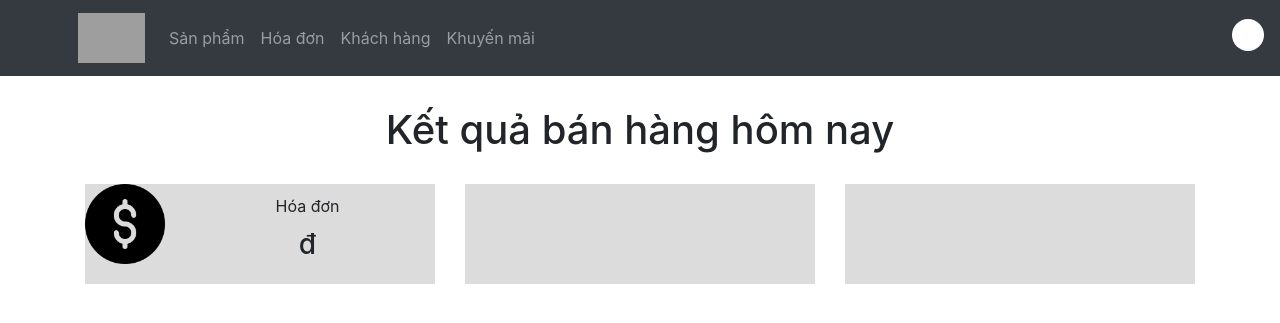
Repository: nksinh51018/THCS2
Page: http://localhost/WebBanGiay2/WEB-INF/views/AdminView.jsp
The author's editor kept a copy of each file at every save. The page is drawn from the files as they stood at one save, then again after the next save.
The browser window is 1280 px wide. The pictures show the whole page.
The page is served by Tomcat 9. Nobody is signed in. The template is opened directly, without the code that normally fills it, so the values that code supplies are empty.

Above is the page before, as saved 2020-06-04 18:31:02.

After the next save:
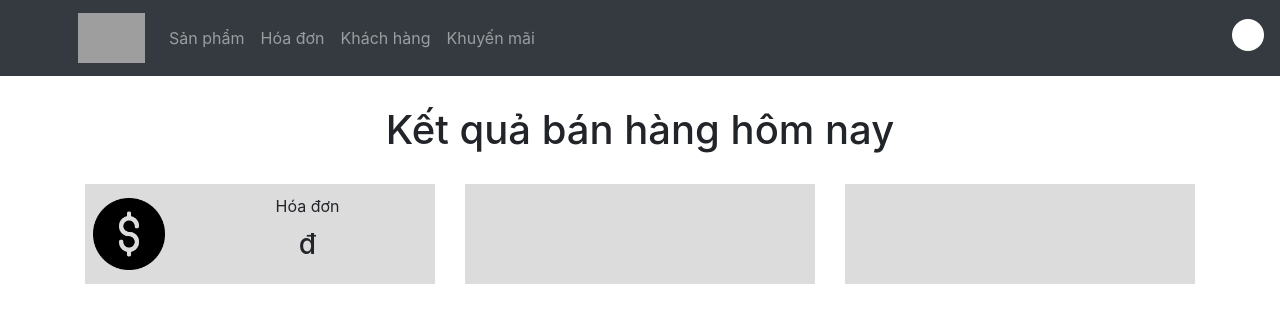
Saved 2 min 11 s later.
--- a/WebBanGiay2/src/main/webapp/WEB-INF/views/AdminView.jsp
+++ b/WebBanGiay2/src/main/webapp/WEB-INF/views/AdminView.jsp
@@ -21,7 +21,7 @@
 				<div style="background-color: #dcdcdc;height: 100px;margin: auto;text-align: center;">
 					<div class="row">
 						<div class="col-md-3" style="padding-right: 0px">
-							<img style="width: 100%;background-size: cover" src='<c:url value="/resources/image/money.png" />' />
+							<img style="width: 100%;background-size: cover;padding-left: 8px;padding-top: 14px" src='<c:url value="/resources/image/money.png" />' />
 						</div>
 
 						<div class="col-md-9">
